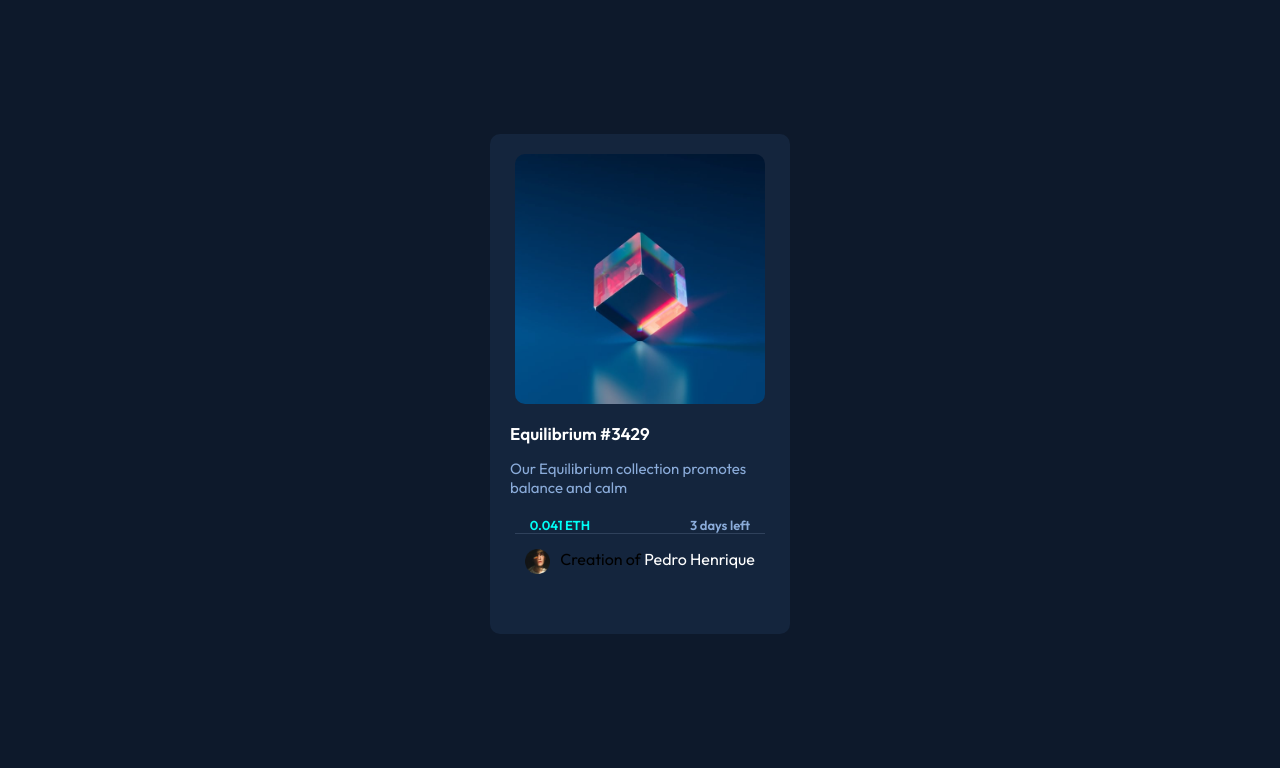
Repository: PedroHEAA/nft
Page: index.html
These files come from the project's save history. The page is drawn as it stood at one moment and after the next save; the edit follows.
The browser window is 1280 px wide. The pictures show the whole page.

Above is the page before, as saved 2022-11-03 20:56:10.

After the next save:
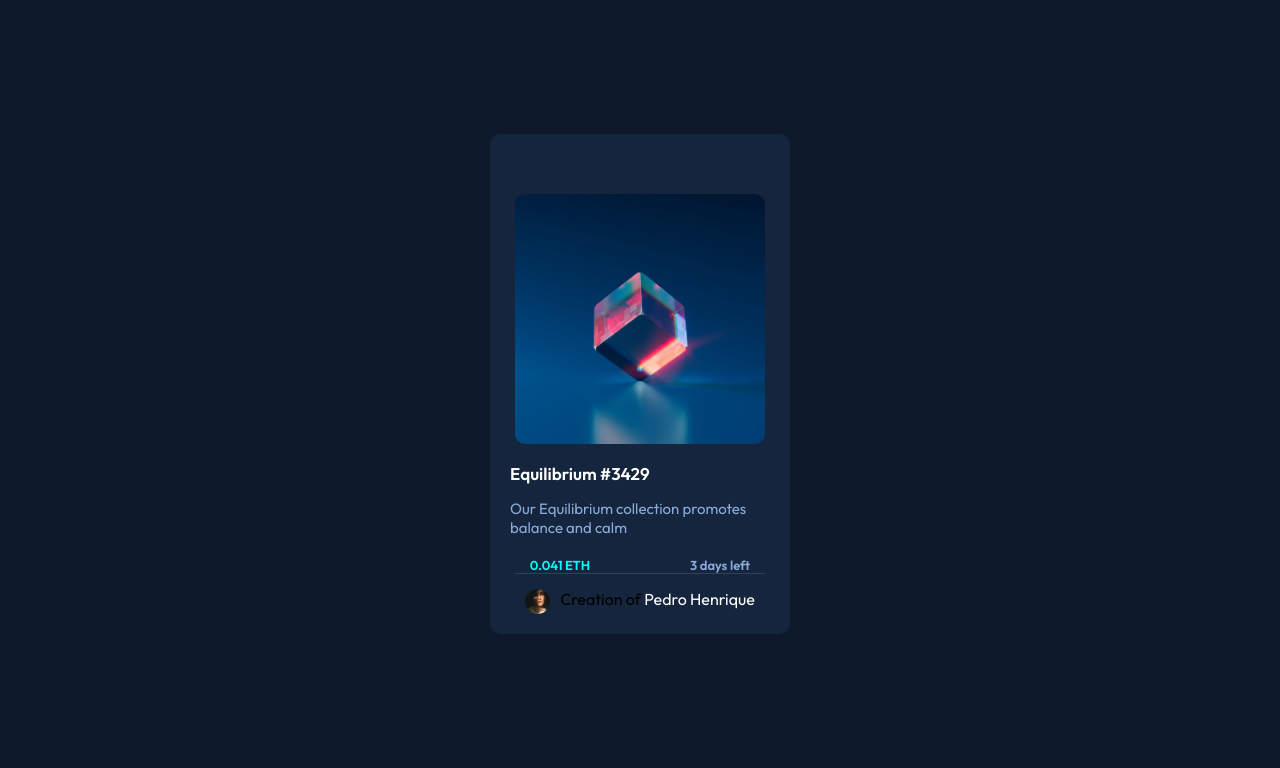
Saved 4 s later.
--- a/src/css/style.css
+++ b/src/css/style.css
@@ -22,7 +22,7 @@
     display: flex;
     flex-direction: column;
     align-items: center;
-    justify-content: ;
+    justify-content: end;
     padding: 20px;
 }
 

After the save that followed:
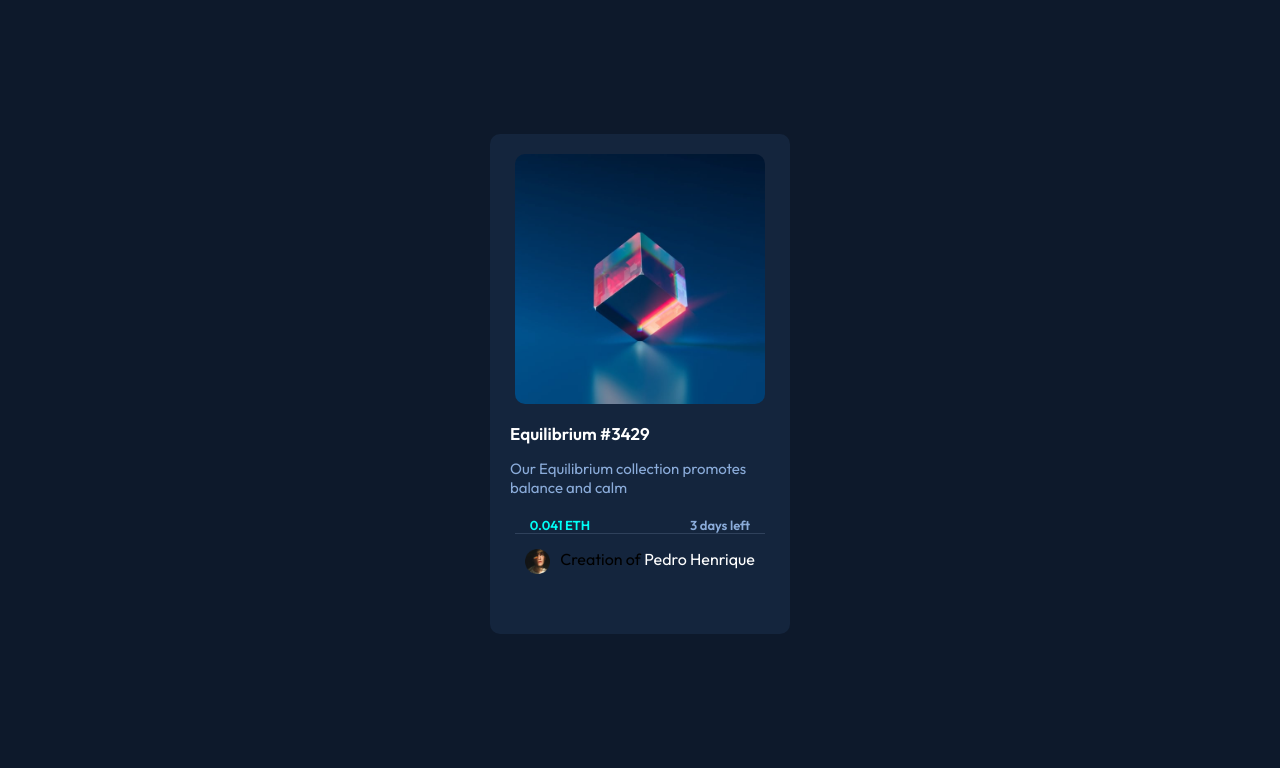
Saved 6 s later.
--- a/src/css/style.css
+++ b/src/css/style.css
@@ -22,7 +22,7 @@
     display: flex;
     flex-direction: column;
     align-items: center;
-    justify-content: end;
+    justify-content: ;
     padding: 20px;
 }
 
